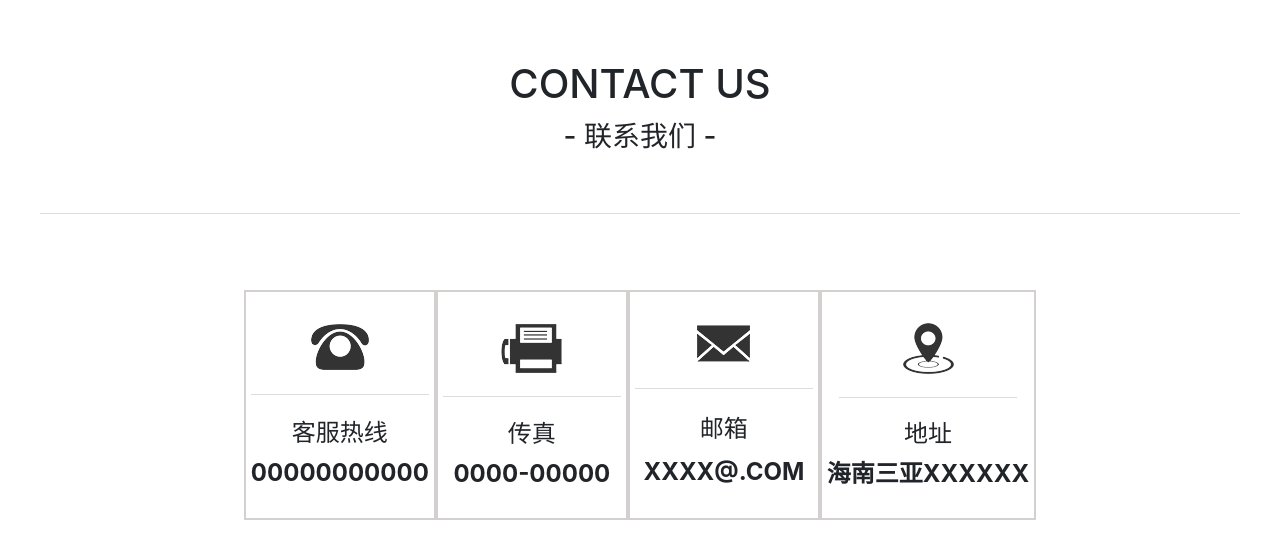
Repository: Noitom/Hadalsnailfish
Page: src/main/resources/static/html/connect.html
These files come from the project's save history. The page is drawn as it stood at one moment and after the next save; the edit follows.
The browser window is 1280 px wide. The pictures show the whole page.

Above is the page before, as saved 2021-12-14 15:31:07.

### src/main/resources/static/html/connect.html
<!DOCTYPE html>
<html lang="zh-CN">
<head>
    <meta charset="utf-8">
    <meta http-equiv="X-UA-Compatible" content="IE=edge">
    <meta name="viewport" content="width=device-width, initial-scale=1">
    <title>深海狮子鱼</title>
    <link href="../bootstrap/css/bootstrap.min.css" rel="stylesheet">
    <link href="../css/cl-css.css" rel="stylesheet">
    <link href="../font-awesome/css/font-awesome.min.css" rel="stylesheet">
    <link href="../element/element.css" rel="stylesheet" type="text/css">
    <link href="../bootstrap/css/bootstrap-responsive.min.css" rel="stylesheet" type="text/css">
    <style>
        .el-carousel__item h3 {
            color: #475669;
            font-size: 14px;
            opacity: 0.75;
            line-height: 150px;
            margin: 0;
        }

        .el-row {
            margin-bottom: 20px;
        &:last-child {
             margin-bottom: 0;
         }
        }
        .el-col {
            border-radius: 4px;
        }
        .bg-purple-dark {
            background: #99a9bf;
        }
        .bg-purple {
            background: #d3dce6;
        }
        .bg-purple-light {
            background: #e5e9f2;
        }
        .grid-content {
            border-radius: 4px;
            min-height: 36px;
        }
        .row-bg {
            padding: 10px 0;
            background-color: #f9fafc;
        }
        .szy-contact-way{

            height: 230px;
            border: 2px solid #d4d0d0;
            padding: 30px 5px 20px 5px
            /* padding-bottom: 20px; */
        }

    </style>
</head>
<body>
<div id="app" style="background:#fff;">
    <!--顶部导航start-->
    <!--<div class="cl-header container-fluid">-->
    <!--<div class="header-content container">-->
    <!--<nav class="navbar navbar-expand-lg navbar-light">-->
    <!--<a class="navbar-brand" href="product.html">-->
    <!--<img src="../img/szy1.png" height="110" alt="">-->
    <!--</a>-->
    <!--<button class="navbar-toggler" type="button" data-toggle="collapse" data-target="#navbarNav" aria-controls="navbarNav" aria-expanded="false" aria-label="Toggle navigation">-->
    <!--<span class="navbar-toggler-icon"></span>-->
    <!--</button>-->
    <!--<div class="collapse navbar-collapse justify-content-end" id="navbarNav">-->
    <!--<el-menu  class="el-menu-demo" mode="horizontal"  text-color="#2b2b2b" default-active="5" active-text-color="rgb(91, 146, 251)">-->
    <!--<el-menu-item index="1"> <a href="../index.html">首页</a> </el-menu-item>-->
    <!--&lt;!&ndash; <el-submenu index="2"> &ndash;&gt;-->
    <!--<el-menu-item index="2" > <a href="product.html">所有产品</a> </el-menu-item>-->
    <!--<el-menu-item index="3" > <a href="help.html">技术支持</a> </el-menu-item>-->
    <!--<el-menu-item index="4" > <a href="#">合作伙伴</a> </el-menu-item>-->
    <!--<el-menu-item index="5"><a href="connect.html">联系我们</a></el-menu-item>-->
    <!--</el-menu>-->
    <!--&lt;!&ndash; <el-menu-item index="2-1"> <a href="html/product.html">所有产品</a> </el-menu-item> &ndash;&gt;-->
    <!--&lt;!&ndash; <el-submenu index="2-2">-->
    <!--<template slot="title">应用分类</template>-->
    <!--<el-menu-item index="2-2-1">生物于微生物</el-menu-item>-->
    <!--<el-menu-item index="2-2-2">地球物理与资源</el-menu-item>-->
    <!--<el-menu-item index="2-2-3">地质与地球化学</el-menu-item>-->
    <!--<el-menu-item index="2-2-4">物理海洋规划</el-menu-item>-->
    <!--<el-menu-item index="2-2-5">水下运载潜水器</el-menu-item>-->
    <!--</el-submenu>-->
    <!--<el-submenu index="2-3">-->
    <!--<template slot="title">深度分类</template>-->
    <!--<el-menu-item index="2-3-1">300</el-menu-item>-->
    <!--<el-menu-item index="2-3-2">1500</el-menu-item>-->
    <!--<el-menu-item index="2-3-3">3000</el-menu-item>-->
    <!--<el-menu-item index="2-3-4">4500</el-menu-item>-->
    <!--<el-menu-item index="2-3-5">6000</el-menu-item>-->
    <!--<el-menu-item index="2-3-5">11000</el-menu-item>-->
    <!--</el-submenu>-->
    <!--<el-submenu index="2-4">-->
    <!--<template slot="title">海工领域</template>-->
    <!--<el-menu-item index="2-4-1">近岸工作</el-menu-item>-->
    <!--<el-menu-item index="2-4-2">深海工程</el-menu-item>-->
    <!--</el-submenu>-->
    <!--<el-submenu index="2-5">-->
    <!--<template slot="title">应用视频</template>-->
    <!--<el-menu-item index="2-5-1">典型应用影片展示与介绍</el-menu-item>-->
    <!--<el-menu-item index="2-5-2">选项2</el-menu-item>-->
    <!--<el-menu-item index="2-5-3">选项3</el-menu-item> &ndash;&gt;-->
    <!--&lt;!&ndash; </el-submenu>-->
    <!--</el-submenu>-->
    <!--<el-submenu index="3"> &ndash;&gt;-->
    <!--&lt;!&ndash; <el-menu-item index="3-1"><a href="html/help.html">技术指导</a></el-menu-item>-->
    <!--<el-menu-item index="3-2">售后服务</el-menu-item> &ndash;&gt;-->
    <!--&lt;!&ndash; </el-submenu> &ndash;&gt;-->
    <!--</div>-->
    <!--</nav>-->
    <!--</div>-->
    <!--</div>-->
    <!--顶部导航end-->
    <!--轮播图-->
    <!--<div class="" >-->
    <!--<template>-->
    <!--<div class="block">-->
    <!--<el-carousel height="300px">-->
    <!--<el-carousel-item v-for="item in imageList" :key="item">-->
    <!--<img :src="item" style="width: 100%;height:720px">-->
    <!--</el-carousel-item>-->
    <!--</el-carousel>-->
    <!--</div>-->
    <!--</template>-->
    <!--</div>-->
    <!--首页其他内容展示-->

    <div class="container-fluid">
        <div class="d-flex flex-column justify-content-around align-items-center " style="height: 600px;padding-bottom: 50px">
            <div class="d-flex flex-column justify-content-around align-items-center" style="height: 200px;">
                <div style="height: 90px; text-align: center;padding-top: 30px">
                    <h1>CONTACT US</h1>
                </div>
                <div style="height: 80px;text-align: center">
                    <h3>- 联系我们 -</h3>
                </div>
                <div style="height: 30px;">
                    <img src="../img/AD0IhdDxBBAEGAAgv7CfvgUo3Iz0ogYwsAk4AQ.png">
                </div>
            </div>
            <div class="d-flex flex-row justify-content-around align-items-center flex-wrap" style="padding-left: 50px;padding-right: 50px">
                <div class="d-flex flex-column justify-content-around align-items-center szy-contact-way" >
                    <img src="../img/AD0IhdDxBBAEGAAg0bCfvgUo47q5tAMwOjgu.png">
                    <img src="../img/AD0IhdDxBBAEGAAgz7CfvgUowOry3wcwsgE4AQ.png" style="margin-top: 20px;margin-bottom: 20px">
                    <h4>客服热线</h4>
                    <h4><b>00000000000</b></h4>
                </div>
                <div class="d-flex flex-column justify-content-around align-items-center szy-contact-way" >
                    <img src="../img/AD0IhdDxBBAEGAAgxrCfvgUo8vC3RzA9ODE.png">
                    <img src="../img/AD0IhdDxBBAEGAAgz7CfvgUowOry3wcwsgE4AQ.png" style="margin-top: 20px;margin-bottom: 20px">
                    <h4>传真</h4>
                    <h4><b>0000-00000</b></h4>
                </div>
                <div class="d-flex flex-column justify-content-around align-items-center szy-contact-way" >
                    <img src="../img/AD0IhdDxBBAEGAAgx7CfvgUosLOd0QMwNTgl.png">
                    <img src="../img/AD0IhdDxBBAEGAAgz7CfvgUowOry3wcwsgE4AQ.png" style="margin-top: 20px;margin-bottom: 20px">
                    <h4>邮箱</h4>
                    <h4><b>XXXX@.COM</b></h4>
                </div>
                <div class="d-flex flex-column justify-content-around align-items-center szy-contact-way visible-desktop" >
                    <img src="../img/AD0IhdDxBBAEGAAg0LCfvgUo4N3IKjAzODM.png">
                    <img src="../img/AD0IhdDxBBAEGAAgz7CfvgUowOry3wcwsgE4AQ.png" style="margin-top: 20px;margin-bottom: 20px">
                    <h4>地址</h4>
                    <h4><b>海南三亚XXXXXX</b></h4>
                </div>
            </div>
        </div>
    </div>

    <!--<div class="container-fluid cl-footer">-->
    <!--<div class="container">-->
    <!--<div class="row">-->
    <!--<div class="col-md-4">-->
    <!--<p class="cl-copyright">关于我们</p>-->
    <!--<p class="cl-copyright">-->
    <!--<img src="../img/formargin.webp">-->
    <!--联系电话:xxxxxx-->
    <!--</p>-->

    <!--</div>-->
    <!--<div class="col-md-4">-->
    <!--<p class="cl-copyright">关于我们</p>-->
    <!--<p class="cl-copyright">-->
    <!--<img src="../img/email.webp">-->
    <!--邮箱：xxx@.com</p>-->
    <!--</div>-->
    <!--<div class="col-md-4">-->
    <!--<p class="cl-copyright">关于我们</p>-->
    <!--<p class="cl-copyright">-->
    <!--<img src="../img/address.webp" alt="">-->
    <!--公司地址:</p>-->
    <!--</div>-->
    <!--</div>-->
    <!--<p class="cl-copyright">本设计由XXX荣誉出品</p>-->
    <!--<p class="cl-copyright">copyright @ 2017~2018 XXXXX</p>-->
    <!--</div>-->
    <!--</div>-->
</div>
<script src="../jquery/jquery.min.js"></script>
<script src="../bootstrap/js/bootstrap.min.js"></script>
<script src="../element/vue.js"></script>
<script src="../element/element.js"></script>
<script type="text/javascript">
    //配置对象 options
    new Vue({
        // 配置选项(option)
        // element: 指定用vue来管理页面中的哪个标签区域
        el: '#app',
        data: {
            isCollapse: true,
            imageList:[
                '../img/AD0IhdDxBBACGAAg87q03wUomNK66wUwgA840QU.jpg',
                '../img/AD0IhdDxBBACGAAg87q03wUokNmXkwUwgA840QU.jpg'
            ],
            message:'公司简介：XXXXXXXXXXXXX'

        },
        methods: {

        }
    });

</script>
</body>
</html>

### src/main/resources/static/css/cl-css.css
/*global*/
body{
    background-color: #f4f4f4;
}

a{
    display: block;
    color:#333;
    font-size: 16px;
    font-family: 微软雅黑;
}
a:hover{
    color:#076ce0;
    text-decoration: none;
}
/*header*/
.cl-header {
    background-color: #fff;
    /*height: 80px;*/
    /*line-height: 80px;*/
    /*box-shadow:0 5px 15px rgba(153, 153, 153, 0.1)!*添加阴影*!*/
}
.header-content{
    position: relative;
}

@media (min-width: 992px){
    .navbar-expand-lg .navbar-nav .nav-link {
        padding-right: 1rem;
        padding-left: 1rem;
    }
}
.navbar-toggler:not(:disabled):not(.disabled):focus{
    outline: none;
}
.navbar{
    padding:0;
}
.navbar-light .navbar-nav .active>.nav-link{
    color: #333;
    font-weight: bold;
    display: inline-block;
    padding: 0 20px;
}
.navbar-light .navbar-nav .active>.nav-link:hover{
    color: #076ce0;
}

.nav .nav-item a.active{
    color: #076ce0;
    font-weight: bold;
}

.navbar .navbar-brand img{
    max-width: 100%;
    max-height: 100%;
}
.recommend-index{
    margin-bottom:20px;
}



/*footer*/
.cl-footer{
    background-color: #2d3e50;
    text-align: center;
    padding:2rem 0 1rem 0;
    /* margin:1rem 0 1rem 0; */
    border-top:1px solid #f1f1f1;
    /*margin-left: 10px;*/

}
.cl-footer-link a{
    font-size:20px;
    padding:1rem 0;
    color:#666;
}

.cl-copyright{
    color:#666;
    font-size:14px;
    line-height:0.8em;

}

.text-primary{
    text-align: right;
}
.text-primary a{
    font-size:14px;
    color:#666;
}
@media (min-width: 576px){
    .ll-panel{
        max-width: 30%;
    }
}

/*recommend aritical*/
.recommend-panel{
    margin:20px 0;
}
.recommend-panel a.recommend-panel-link{
    display: block;
}
.recommend-panel-bottom{
    padding:0.5rem;
    font-size:14px;
}
.ll-title{
    margin:3rem 0 1rem 0;
    color:#333;
}
.recommend-panel-top{
    overflow: hidden;
    height: 12rem;
}

.recommend-panel-top img,.recommend-item img,.cl-card-image img{
    width: 100%;
    max-width: 100%;
    transition:0.4s ease-out;
    -webkit-transition:0.4s ease-out;
    -moz-transition:0.4s ease-out;
    -o-transition:0.4s ease-out;
}
.recommend-panel-top img:hover,.recommend-item img:hover,.cl-card-image img:hover{
    transform: scale(1.1, 1.1);
    -webkit-transform: scale(1.1, 1.1);
    -o-transform: scale(1.1, 1.1);
    -moz-transform: scale(1.1, 1.1);
}
/* 第二模块 */
.jumbotron-one{
    height: 650px;
    position: relative;
}
.szy-tow {
    height: 600px;
    width: 300px;
    position: absolute;
    left: 30%;
    top: 50%;
    transform: translate(-50%)
    translatey(-50%)

}
.szy-tow p{
    font-size: 20px;
    font-family: 微软雅黑;
}
.szy-tow span {
    font-size: 13px;
    font-family: 微软雅黑;
}
.szy-tow-one {
    height: 600px;
    width: 500px;
    position: absolute;
    left: 50%;
    top: 5%;
    background: url(cssimg/szy1.png) no-repeat;
}
/* .container-tow{
    width:1200px;
    height: 291px;
    position: absolute;
    left: 50%;
    top: 50%;
    transform: translate(-50%)
    translatey(-50%);
}
.word{
    font-size: 30px;
    font-family: 微软雅黑;
    color: blue;
    font-weight:bold ;
    max-width: 750px;
    padding: 20px 75px 20px 75px;
    margin: 10px;
    line-height: 90px;
}
.word-1{
    width: 500px;
    height: 150px;
    position: absolute;
    left: 7%;
    top: 30%;
    /* transform: translate(-50%)
    translatey(-50%); */
/* } */
/* .word-i span{
    font-size: 16px;
    font-family: 微软雅黑;
    color: black;
    padding: 0px 90px;
    left: 50%;
}
.image-1{
    width: 388px;
    height: 388px;
    position: absolute;
    left: 75%;
    top: 50%;
    transform: translate(-50%)
    translatey(-50%);
}
.image-2{
    width: 65px;
    height: 65px;
    position: absolute;
    left: 10%;
    top: 100%;
    transform: translate(-50%)
    translatey(-50%);
}
.but-1{
    width: 120px;
    height: 65px;
    background: #5d94fb;
    position: absolute;
    left: 90%;
    top: 55%;
    transform: translate(-50%)
    translatey(-50%);
    cursor: default;
}
.but-1 a{
    height: 100px;
    text-decoration: none;
    font-size: 16px;
    line-height: 63px;
    text-align: center;
    color: #fff;
    position: absolute;
    left: 50%;
    top: 70%;
    transform: translate(-50%)
    translatey(-50%);
}
.but-2{
    width: 80px;
    height: 65px;
    background: #2a5cb9;
    position: absolute;
    left: 98%;
    top: 55%;
    transform: translate(-50%)
    translatey(-50%);
    cursor: default;
}
.but-2 span{
    height: 100px;
    text-decoration: none;
    font-size: 40px;
    line-height: 63px;
    text-align: center;
    color: #fff;
    position: absolute;
    left: 50%;
    top: 70%;
    transform: translate(-50%)
    translatey(-50%);
} */
/* 产品介绍界面*/
.jumbotron-i{
    height: 670px;
    position: relative;
}
.container-i{
    width: 320px;
    height: 96px;
    margin:0 auto;
    position: absolute;
    left: 30%;
    top: 20%;
    transform: translate(-50%)
    translatey(-50%);
}
.container-i span{
    font-size: 30px;
    color: rgb(51, 129, 255);
    font-weight:bold;
    font-family: 微软雅黑;
}
.mod_service{
    width: 1800px;
    height: 400px;
}
.mod_service ul li{
    float: left;
    width: 300px;
    height: 300px;
}
.mod_service ul li h5{
    float: left;
    width: 280px;
    height: 280px;
}
.mod_service ul li h4{
    float: left;
    width: 280px;
    height: 280px;
}
.mod_service ul li p{
    float: left;
    width: 280px;
    height: 280px;
}

/*字体*/
.szy-yahei{
    font-family: 微软雅黑;
}

.szy-yahei-22px-blue{
    font-family: 微软雅黑;
    font-size: 22px;
    color: rgb(91, 146, 251);
    margin-bottom: 0
}

.szy-yahei-18px-white{
    font-family: 微软雅黑;
    color: rgb(255, 255, 255);
    font-size: 18px;
    margin-bottom: 0
}

.szy-yahei-16px-white{
    font-family: 微软雅黑;
    color: rgb(255, 255, 255);
    font-size: 16px;
    margin-bottom: 0
}

.szy-index-img{
    height: 250px;
    width: 250px
}

.szy-end-padding{
    padding: 5px;
}

Loaded but not shown: src/main/resources/static/bootstrap/css/bootstrap.min.css (library); src/main/resources/static/font-awesome/css/font-awesome.min.css (library); src/main/resources/static/element/element.css (library); src/main/resources/static/bootstrap/css/bootstrap-responsive.min.css (library); src/main/resources/static/jquery/jquery.min.js (library); src/main/resources/static/bootstrap/js/bootstrap.min.js (library); src/main/resources/static/element/vue.js (library); src/main/resources/static/element/element.js (library)

After the next save:
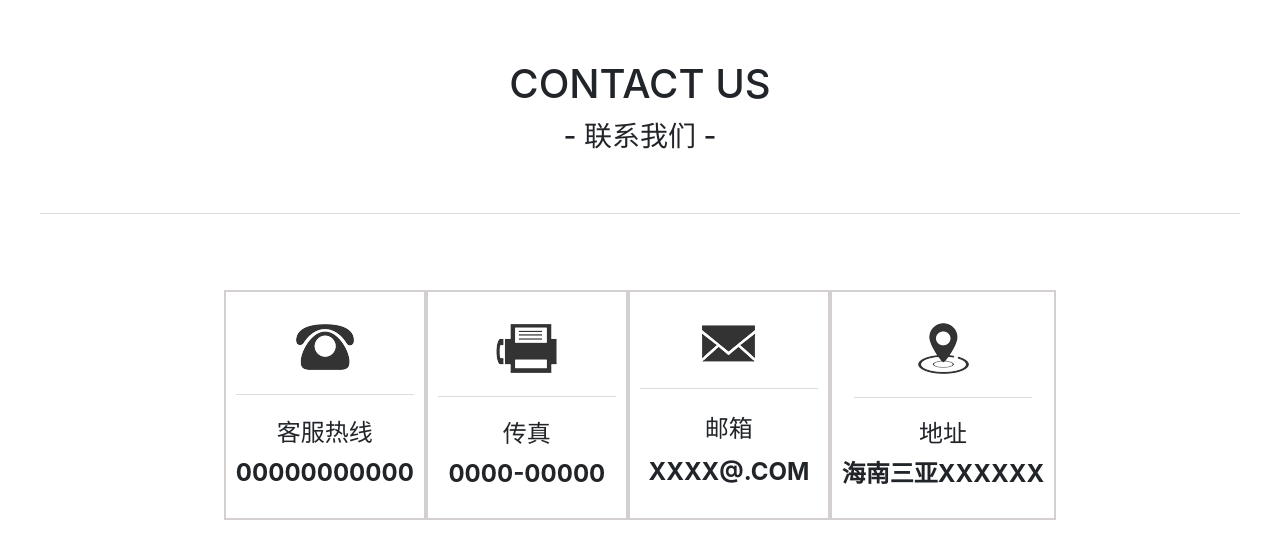
Saved 33 s later.
--- a/src/main/resources/static/html/connect.html
+++ b/src/main/resources/static/html/connect.html
@@ -49,7 +49,7 @@
 
             height: 230px;
             border: 2px solid #d4d0d0;
-            padding: 30px 5px 20px 5px
+            padding: 30px 10px 20px 10px
             /* padding-bottom: 20px; */
         }
 
